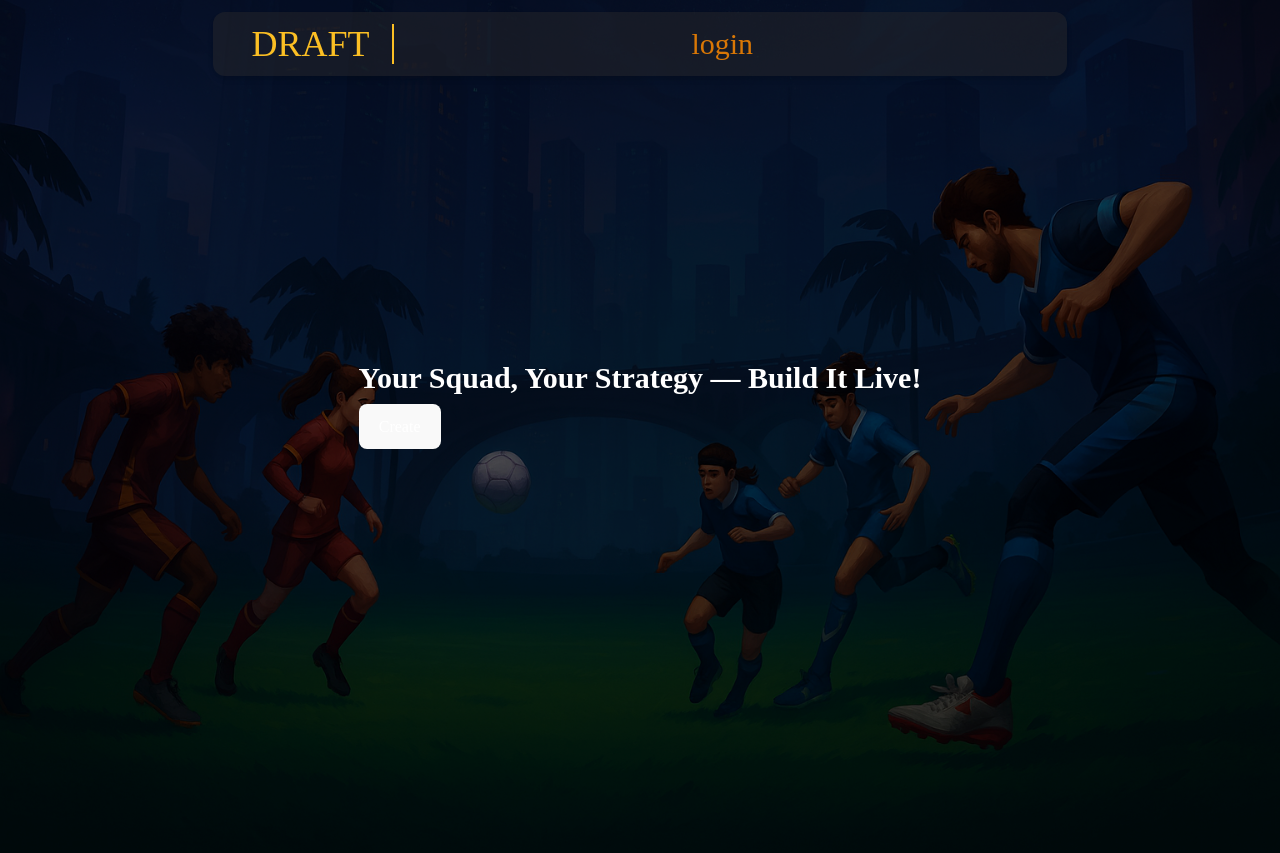
Repository: MehediMim/LeagueCrafter--Online-Auction-Platform-Project
Page: / (app in my-app/)
The author's editor kept a copy of each file at every save. The page is drawn from the files as they stood at one save, then again after the next save.
The browser window is 1280 px wide. The pictures show the whole page.
Some web fonts or font styles are not loaded; a fallback is used. The project was rebuilt for these pictures with package versions that can differ from the ones it lists, and the page was loaded fresh each time. Also part of the build but not shown: my-app/vite.config.js, my-app/src/pages/Dashboard.jsx, my-app/src/pages/Login.jsx.

Above is the page before, as saved 2025-05-25 02:09:30.

After the next save:
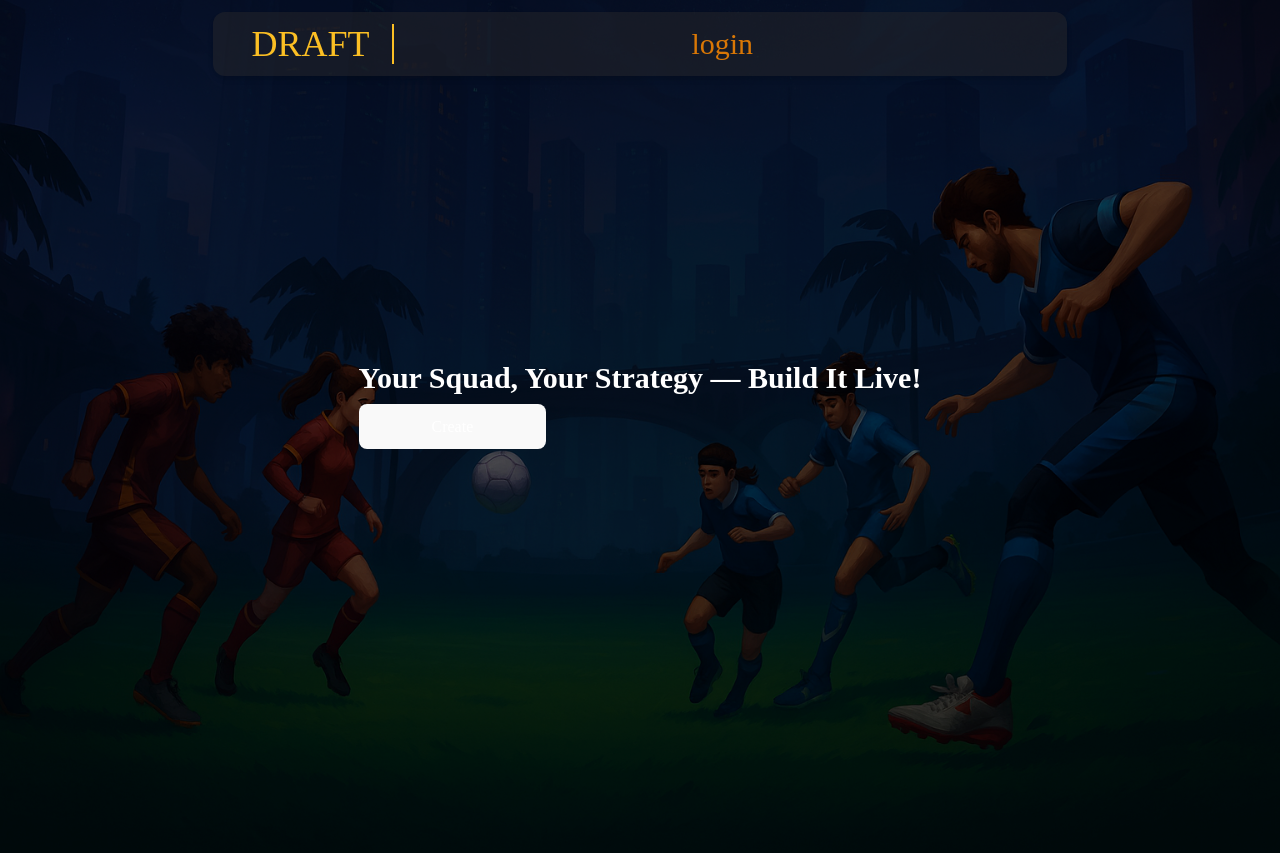
Saved 5 s later.
--- a/my-app/src/pages/Home.jsx
+++ b/my-app/src/pages/Home.jsx
@@ -15,8 +15,8 @@ export default function Home(params) {
                     <div>
                         <h1 className="text-3xl font-barrio text-white font-bold">Your Squad, Your Strategy — Build It Live!</h1>
                     </div>
-                    <div className="flex justify-start pt-2 w-1/3">
-                        <button className="font-jaro text-white hover:bg-white hover:text-black">Create</button>
+                    <div className="flex justify-start pt-2 ">
+                        <button className="font-jaro w-1/3 text-white hover:bg-white hover:text-black">Create</button>
                     </div>
                 </div>
             </div>
